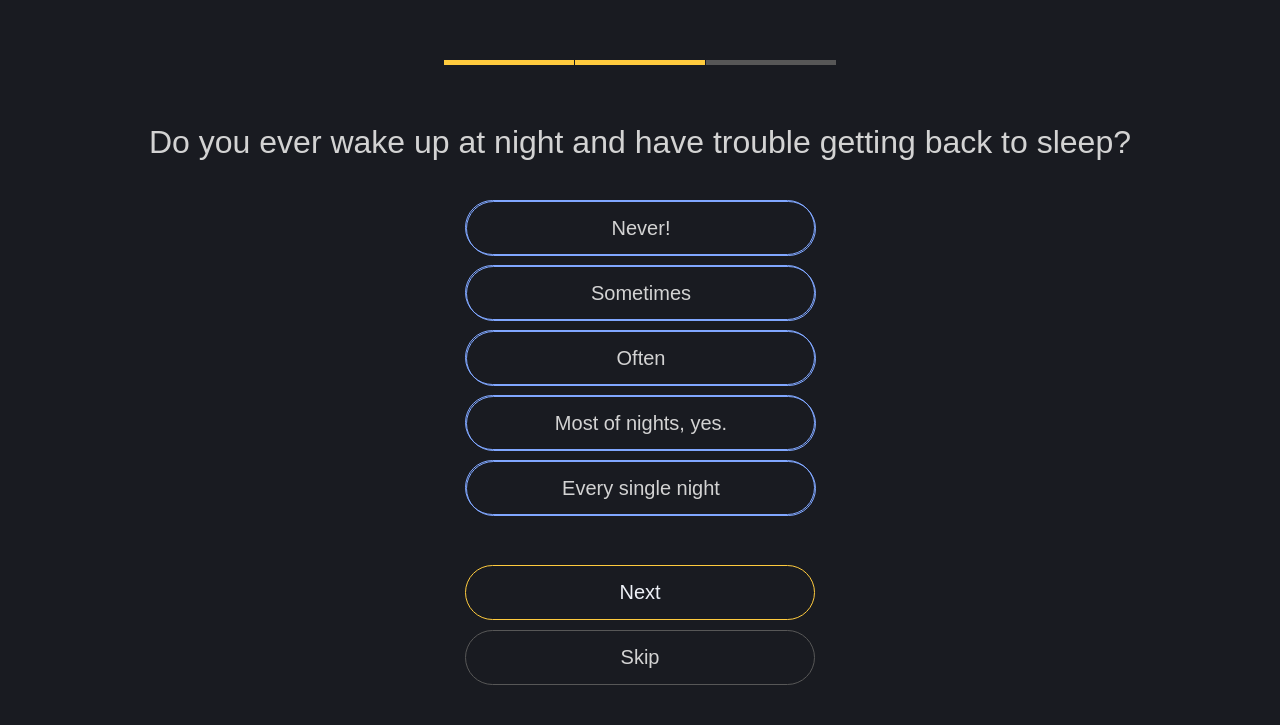
Repository: Crite-Spranberries/sleepixie_app
Page: /onboarding
The author's editor kept a copy of each file at every save. The page is drawn from the files as they stood at one save, then again after the next save.
The browser window is 1280 px wide. The pictures show the whole page.
Some web fonts or font styles are not loaded; a fallback is used. The project was rebuilt for these pictures with package versions that can differ from the ones it lists, and the page was loaded fresh each time. The framework's server and built-in components were replaced by stand-ins that run in the browser. Also part of the build but not shown: next.config.mjs.

Above is the page before, as saved 2025-05-12 14:44:31.

After the next save:
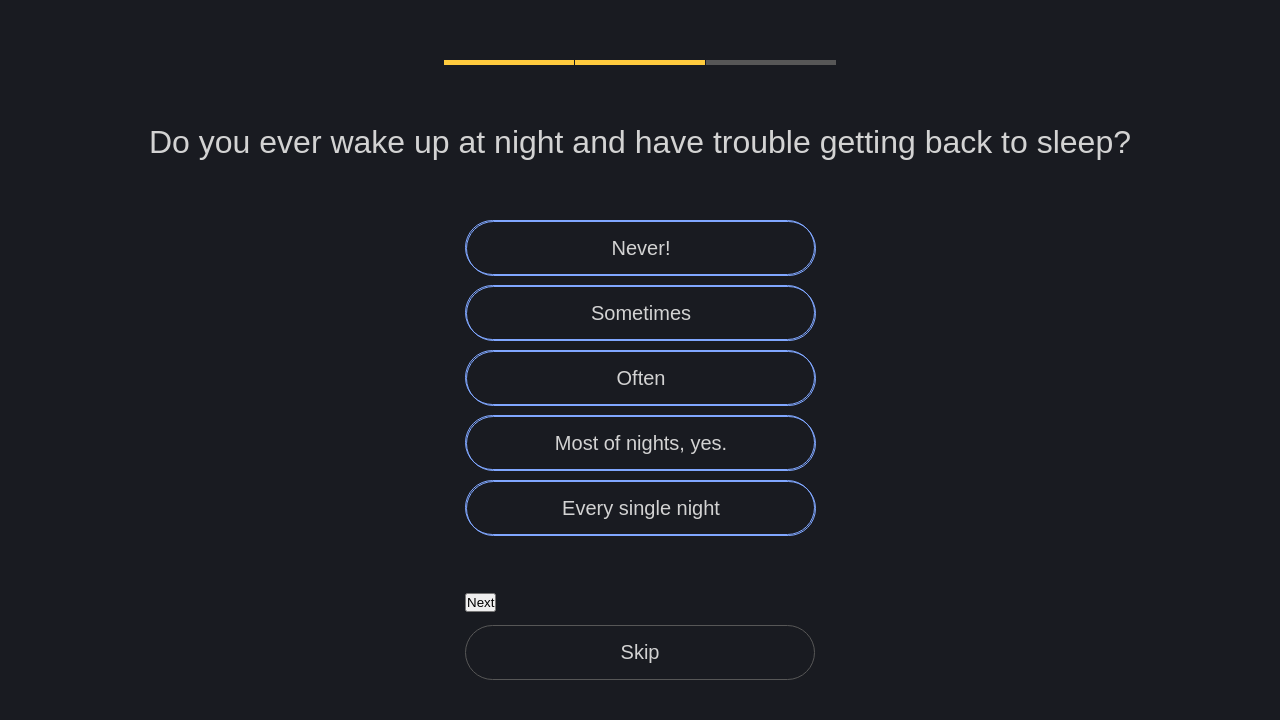
Saved 9 s later.
--- a/ui/buttons/YellowButton.module.css
+++ b/ui/buttons/YellowButton.module.css
@@ -1,4 +1,4 @@
-.buttonContainer {
+.filledButtonContainer {
     width: 350px;
     height: 55px;
     flex-shrink: 0;

After the save that followed:
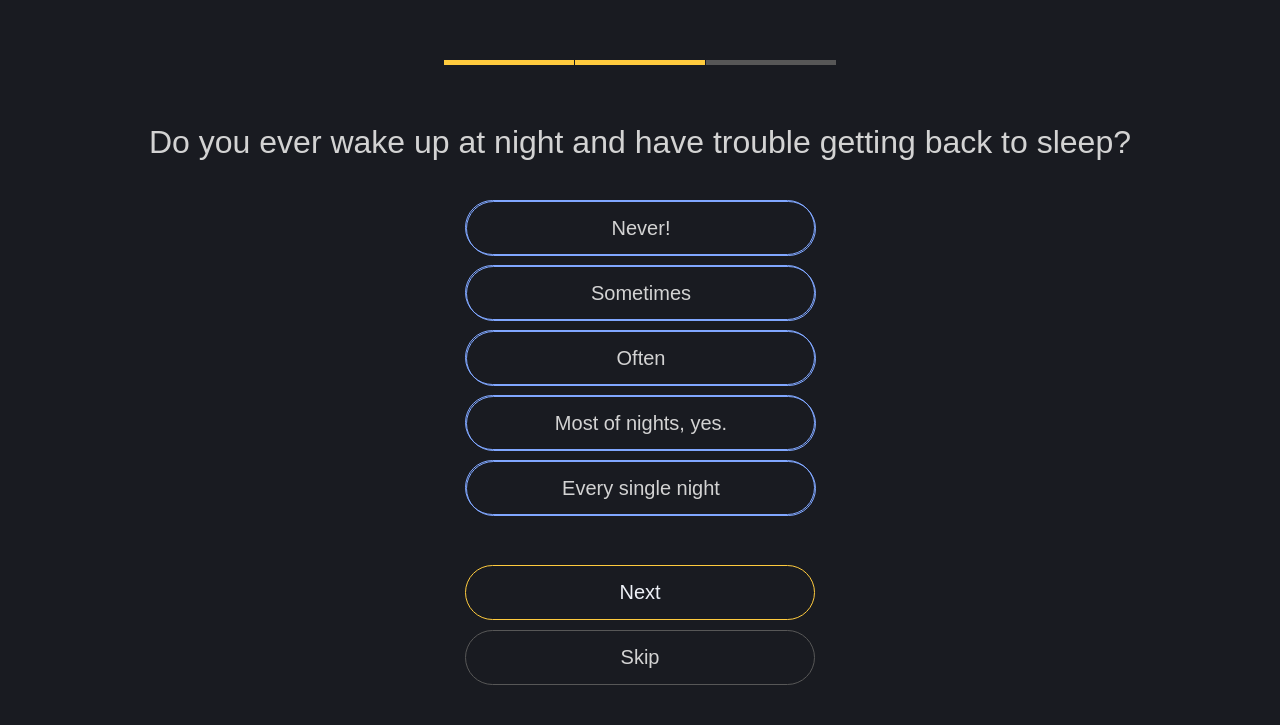
Saved 6 s later.
--- a/ui/buttons/YellowButton.module.css
+++ b/ui/buttons/YellowButton.module.css
@@ -1,4 +1,4 @@
-.filledButtonContainer {
+.buttonContainer {
     width: 350px;
     height: 55px;
     flex-shrink: 0;
